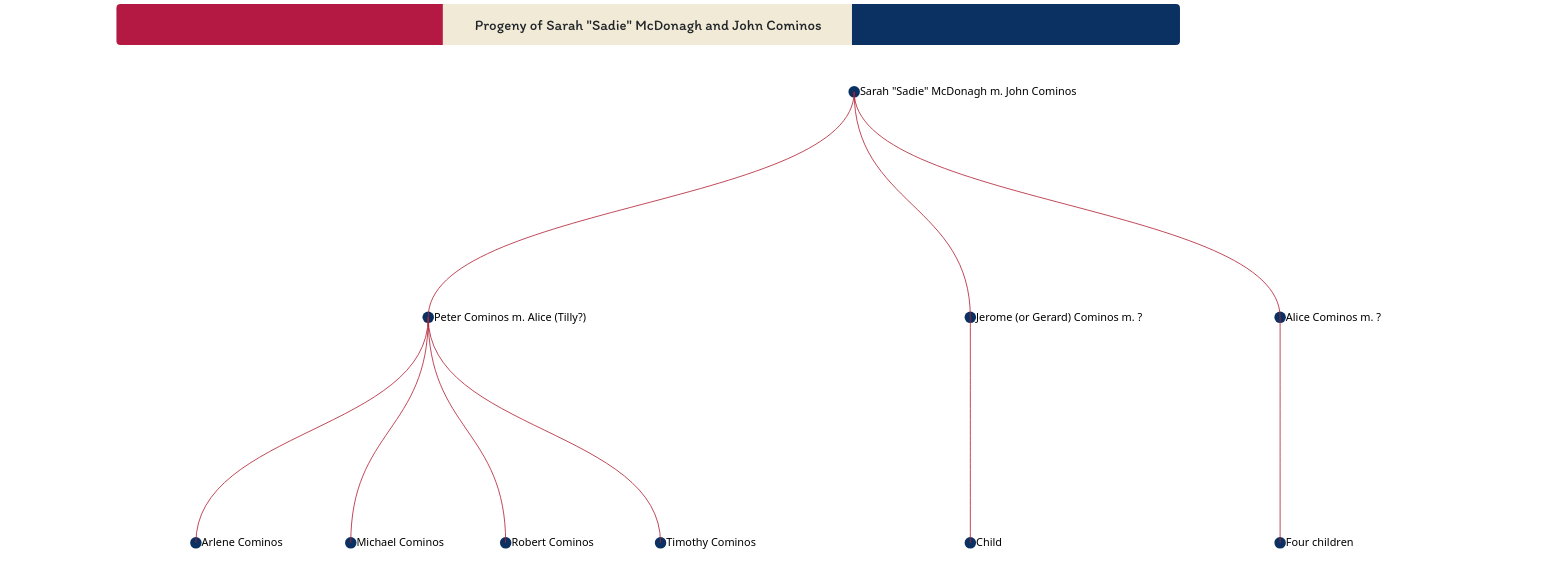
Repository: George2916/GreensladeFamilyTree
Page: progenySadieMcDonagh.html
The author's editor kept a record of every edit. The page is drawn from the files as they stood at one moment, then again after the next edit.
The browser window is 1280 px wide. The page is 1900 px wide, so the pictures cover 1900 px, including what lies to the right of the window. The pictures show the whole page, at 82% of full size.

Above is the page before.

After the next edit:
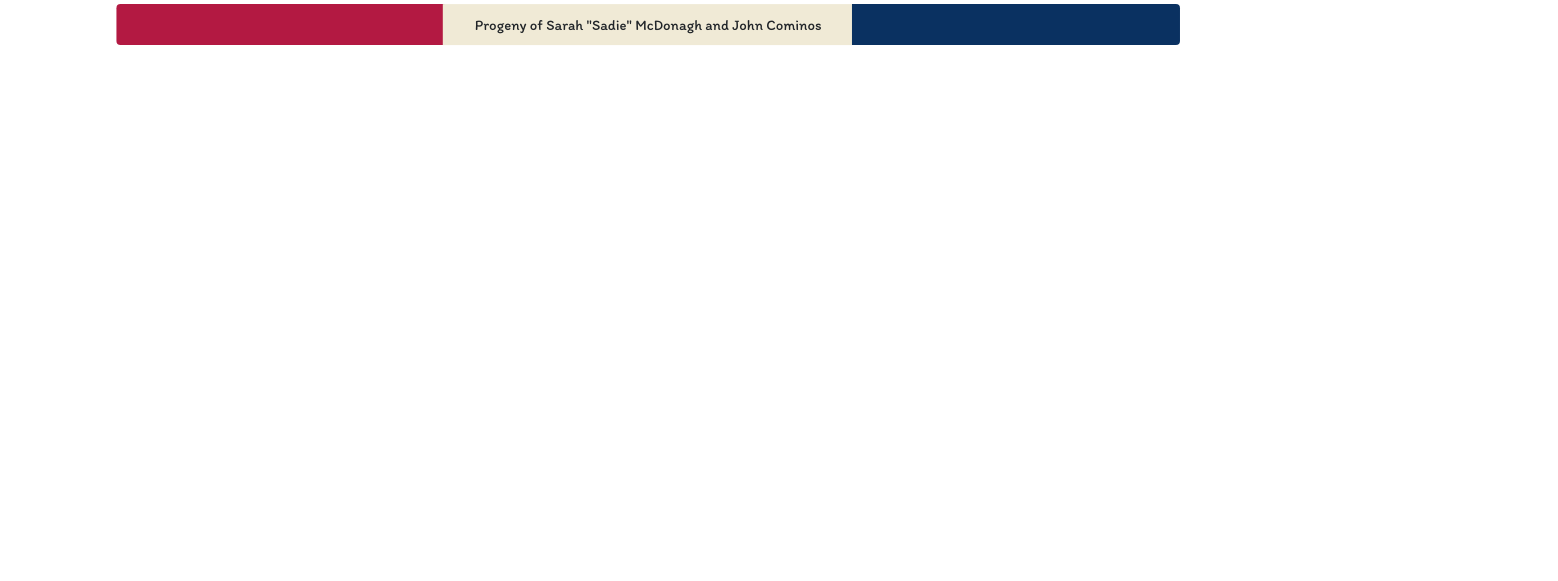
Console error (its wording comes from the project's code and is left out).
The edit:
--- a/progenySadieMcDonagh.html
+++ b/progenySadieMcDonagh.html
@@ -39,7 +39,7 @@
             .attr("width",1700).attr("height",620)
             .append("g").attr("transform", "translate(50,50)");
 
-    var data = [{"child":"Sarah \"Sadie\" McDonagh m. John Cominos", "parent": ""},
+    var data = [{"child":"Sarah \"Sadie\" McDonagh (b. about 1900) m. John Cominos", "parent": ""},
 
                 {"child":"Peter Cominos m. Alice (Tilly?)", "parent": "Sarah \"Sadie\" McDonagh m. John Cominos"},
                 {"child":"Arlene Cominos", "parent": "Peter Cominos m. Alice (Tilly?)"},

After the 3 edits that followed:
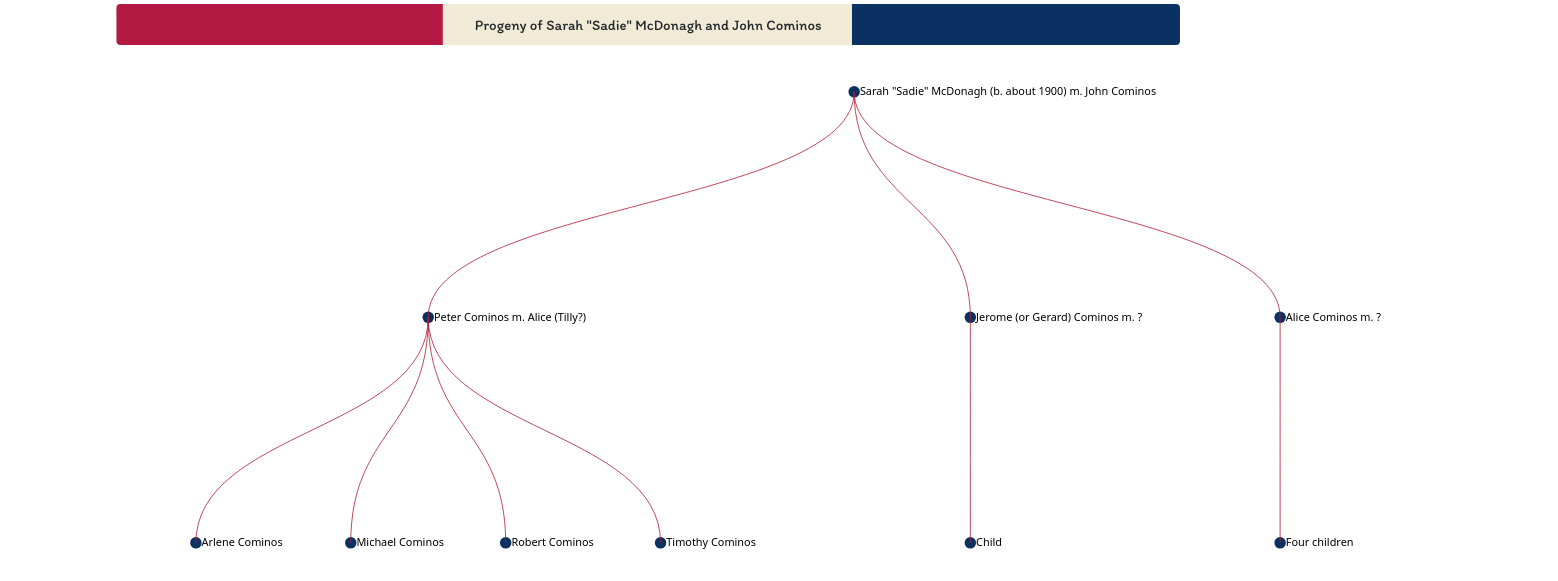
The error is gone.
The 3 edits are shown as one change because 2 left the picture as it was.
The edit:
--- a/progenySadieMcDonagh.html
+++ b/progenySadieMcDonagh.html
@@ -41,16 +41,16 @@
 
     var data = [{"child":"Sarah \"Sadie\" McDonagh (b. about 1900) m. John Cominos", "parent": ""},
 
-                {"child":"Peter Cominos m. Alice (Tilly?)", "parent": "Sarah \"Sadie\" McDonagh m. John Cominos"},
+                {"child":"Peter Cominos m. Alice (Tilly?)", "parent": "Sarah \"Sadie\" McDonagh (b. about 1900) m. John Cominos"},
                 {"child":"Arlene Cominos", "parent": "Peter Cominos m. Alice (Tilly?)"},
                 {"child":"Michael Cominos", "parent": "Peter Cominos m. Alice (Tilly?)"},
                 {"child":"Robert Cominos", "parent": "Peter Cominos m. Alice (Tilly?)"},
                 {"child":"Timothy Cominos", "parent": "Peter Cominos m. Alice (Tilly?)"},
 
-                {"child":"Jerome (or Gerard) Cominos m. ?", "parent": "Sarah \"Sadie\" McDonagh m. John Cominos"},
+                {"child":"Jerome (or Gerard) Cominos m. ?", "parent": "Sarah \"Sadie\" McDonagh (b. about 1900) m. John Cominos"},
                 {"child":"Child", "parent": "Jerome (or Gerard) Cominos m. ?"},
 
-                {"child":"Alice Cominos m. ?", "parent": "Sarah \"Sadie\" McDonagh m. John Cominos"},
+                {"child":"Alice Cominos m. ?", "parent": "Sarah \"Sadie\" McDonagh (b. about 1900) m. John Cominos"},
                 {"child":"Four children", "parent": "Alice Cominos m. ?"},
 
             ];
